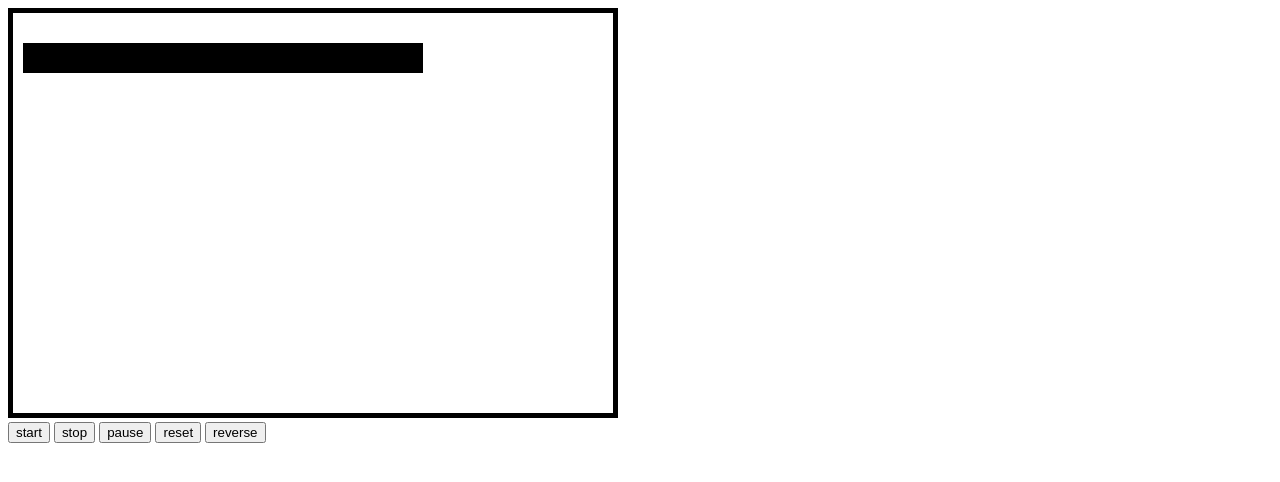
Repository: WebRTCGame/game-timer
Page: rangedvalue.html
The author's editor kept a record of every edit. The page is drawn from the files as they stood at one moment, then again after the next edit.
The browser window is 1280 px wide. The pictures show the whole page.

Above is the page before.
Console error: TypeError: val.getPercColor is not a function

After the next edit:
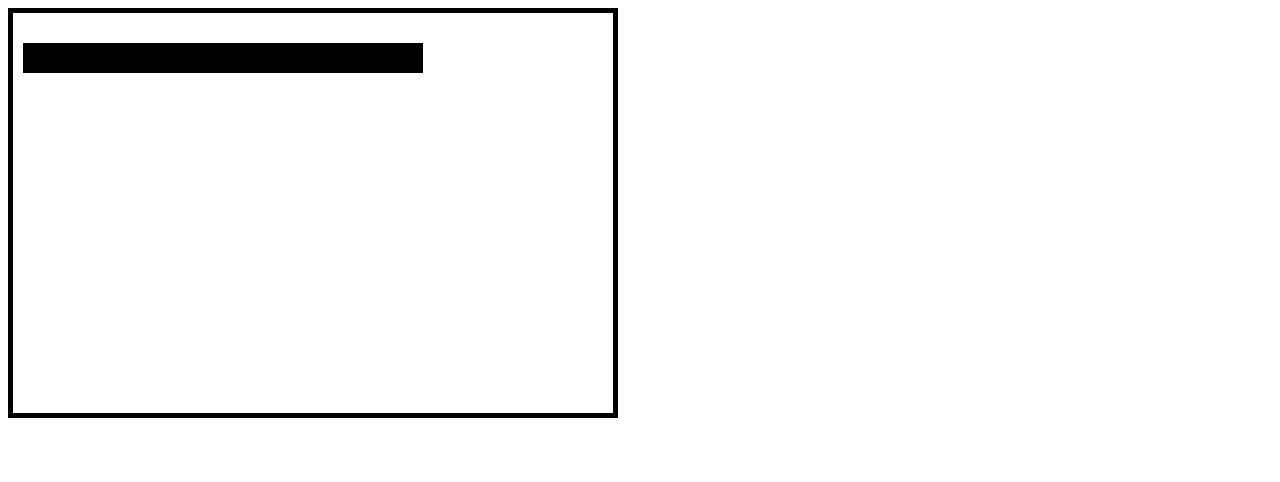
The edit:
--- a/rangedvalue.html
+++ b/rangedvalue.html
@@ -18,12 +18,7 @@
 
 <body>
     <canvas id="fun" height="400px" width="600px"></canvas>
-    <br>
-    <button id="btnStart">start</button>
-    <button id="btnStop">stop</button>
-    <button id="btnPause">pause</button>
-    <button id="btnReset">reset</button>
-    <button id="btnReverse">reverse</button>
+
 
     <script type="text/javascript">
         var c = document.getElementById("fun");
